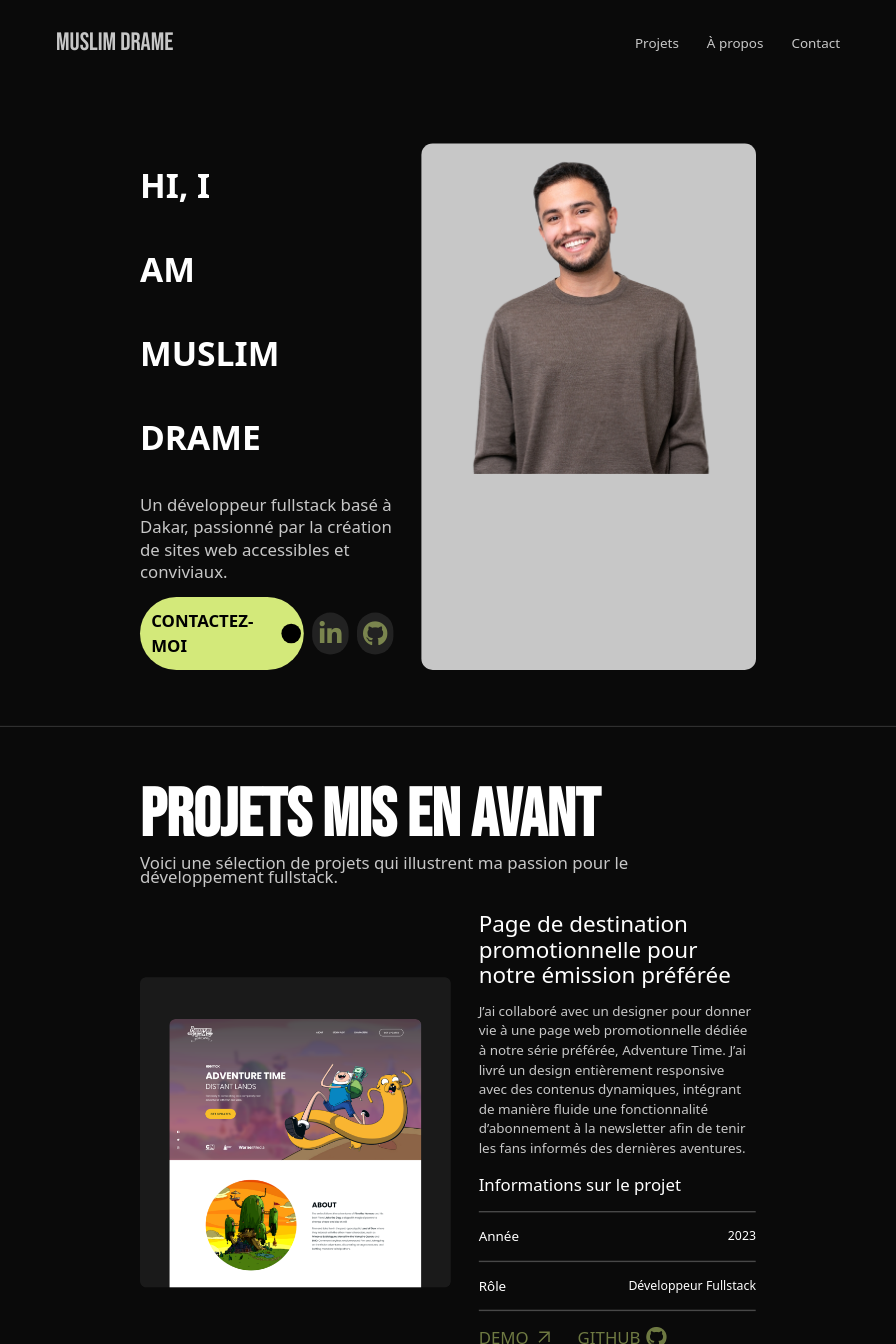
Repository: muslimdrame37-oss/Portfolio1
Page: src/index.html
The author's editor kept a copy of each file at every save. The page is drawn from the files as they stood at one save, then again after a run of saves.
The browser window is 1280 px wide. The pictures show the part of the page from y = 0 to 1920 px (the page is 4845 px tall), at 70% of full size.
Some web fonts or font styles are not loaded; a fallback is used. Some web libraries are served in a nearby version.

Above is the page before, as saved 2026-02-11 18:48:01.

### src/index.html
<!doctype html>
<html lang="fr">
<head>
    <meta charset="UTF-8">
    <meta name="viewport" content="width=device-width, initial-scale=1.0">
    <meta name="description" content="Portfolio de Muslim Drame - Développeur Fullstack basé à Dakar">
    <title>Muslim Drame - Développeur Fullstack</title>

    <!-- Fonts -->
    <link rel="stylesheet" href="https://fonts.googleapis.com/css2?family=Bebas+Neue&display=swap">
    <link rel="stylesheet" href="https://fonts.googleapis.com/css2?family=Material+Symbols+Outlined:opsz,wght,FILL,GRAD@20..48,100..700,0..1,-50..200&icon_names=arrow_outward">

    <!-- Styles -->
    <link href="./output.css" rel="stylesheet">

    <!-- Icons -->
    <script src="https://kit.fontawesome.com/31ee52f68e.js" crossorigin="anonymous"></script>
</head>

<body class="bg-[#0A0A0A]">
    <!-- ========== HEADER ========== -->
    <header class="flex items-center justify-between py-4 px-5 lg:px-20">
        <h1 class="text-[#C7C7C7] text-[2rem] lg:text-4xl font-bebas">MUSLIM DRAME</h1>

        <!-- Navigation Desktop -->
        <nav class="hidden lg:flex justify-between py-8 text-[#C7C7C7] text-[1.2rem]" aria-label="Navigation principale">
            <ul class="flex gap-10">
                <li><a href="index.html" class="hover:text-[#D3E97A] transition-colors">Projets</a></li>
                <li><a href="a_propos.html" class="hover:text-[#D3E97A] transition-colors">À propos</a></li>
                <li><a href="#contact" class="hover:text-[#D3E97A] transition-colors">Contact</a></li>
            </ul>
        </nav>

        <!-- Menu Mobile -->
        <button class="lg:hidden" aria-label="Menu mobile">
            <svg xmlns="http://www.w3.org/2000/svg" height="40px" viewBox="0 -960 960 960" width="40px" fill="#484848">
                <path d="M120-680v-80h720v80H120Zm0 480v-80h720v80H120Zm0-240v-80h720v80H120Z"/>
            </svg>
        </button>
    </header>

    <!-- ========== MAIN CONTENT ========== -->
    <main>

        <!-- ========== SECTION HERO ========== -->
        <section class="px-5 mt-20 flex flex-col justify-between gap-10 lg:flex-row lg:px-50" aria-label="Section d'accueil">
            <!-- Contenu texte -->
            <div class="flex flex-col gap-5 justify-center lg:w-1/2">
                <h2 class="text-white text-[3rem] lg:text-[5rem] lg:font-bold lg:leading-30 leading-15 lg:w-1/2">HI, I AM MUSLIM DRAME</h2>
                <p class="text-1xl text-[#C7C7C7] lg:text-2xl">
                    Un développeur fullstack basé à Dakar, passionné par la création de sites web accessibles et conviviaux.
                </p>

                <!-- Boutons d'action -->
                <div class="flex gap-3 items-center">
                    <!-- Bouton Contact -->
                    <a href="#contact" class="bg-[#D3E97A] flex justify-between items-center pl-2 text-black font-bold text-[1rem] rounded-[100px] gap-1 lg:gap-3 py-2 lg:py-4 lg:text-[1.5rem] lg:pl-4 hover:bg-[#c5db6f] transition-colors">
                        CONTACTEZ-MOI
                        <span class="w-11 h-10 flex items-center justify-center">
                            <span class="bg-black w-4 h-4 rounded-full lg:w-7 lg:h-7"></span>
                        </span>
                    </a>

                    <!-- Réseaux sociaux -->
                    <a href="#" class="w-10 h-10 rounded-full bg-[#222222] flex justify-center items-center lg:w-15 lg:h-15 hover:bg-[#333333] transition-colors" aria-label="LinkedIn">
                        <i class="fa-brands fa-linkedin-in text-[#D3E97A] text-2xl lg:text-4xl animate-pulse"></i>
                    </a>
                    <a href="#" class="w-10 h-10 rounded-full bg-[#222222] flex justify-center items-center lg:w-15 lg:h-15 hover:bg-[#333333] transition-colors" aria-label="GitHub">
                        <i class="fa-brands fa-github text-2xl lg:text-4xl text-[#D3E97A] animate-pulse"></i>
                    </a>
                </div>
            </div>

            <!-- Image hero -->
            <div class="bg-[#C7C7C7] rounded-2xl overflow-hidden">
                <img src="image/image1.png" alt="Portrait de Muslim Drame" width="880" class="w-full h-auto">
            </div>
        </section>

        <!-- Séparateur -->
        <hr class="border-[#484848] border-t mt-20">

        <!-- ========== SECTION PROJETS ========== -->

        <section class="flex flex-col px-8 mt-20 lg:px-50">
            <div class="flex flex-col gap-2">
                <h2 class="text-4xl text-white font-extrabold font-bebas lg:text-8xl">PROJETS MIS EN AVANT</h2>
                <p class="text-2xl text-[#C7C7C7] leading-5">Voici une sélection de projets qui illustrent ma passion pour le développement fullstack.</p>
            </div>
            <div class="flex flex-col lg:flex-row gap-10 mt-10 lg:w-[1,224px] justify-center items-center">
                <div>
                    <img src="image/image2.png" alt="" class="w-4xl">
                </div>
                <!-- INFORMATION -->
                <!-- TITRE ET DESCCRIPTION -->
                <div class=" lg:w-200 flex flex-col gap-5 ">
                    <div class="flex flex-col gap-5">
                        <h2 class="text-white text-[2rem] leading-9">Page de destination promotionnelle pour notre émission préférée</h2>
                        <p class="text-[#C7C7C7] leading-7 text-[1.2rem]">J’ai collaboré avec un designer pour donner vie à une page web promotionnelle dédiée à notre série préférée, Adventure Time. J’ai livré un design entièrement responsive avec des contenus dynamiques, intégrant de manière fluide une fonctionnalité d’abonnement à la newsletter afin de tenir les fans informés des dernières aventures.</p>
                    </div>
                    <!-- INFORMATION SUR LE PROJET -->
                    <div class=" flex flex-col gap-5">
                        <h3 class="text-white text-[1.5rem]">Informations sur le projet</h3>
                        <div class="flex flex-col gap-5">
                            <div class="w-full border-[#484848] border"></div>

                            <div class="flex justify-between">
                                <p class="text-white text-[1.2rem]">Année</p>
                                <p class="text-white text-[1.1rem]">2023</p>
                            </div>

                            <div class="w-full border-[#484848] border"></div>

                            <div class="flex justify-between">
                                <p class="text-white text-[1.2rem]">Rôle</p>
                                <p class="text-white text-[1.1rem]">Développeur Fullstack</p>
                            </div>

                            <div class="w-full border-[#484848] border"></div>

                        </div>
                    </div>

                    <!-- LIEN DEMO & GITHUB -->

                    <div class="flex gap-8">
                        <a href="#">
                            <div class="animate-pulse">
                            <div class="flex items-center gap-2 ">
                                <p class="text-[#D3E97A] text-[1.5rem]">DEMO</p>
                                <svg xmlns="http://www.w3.org/2000/svg" height="30px" viewBox="0 -960 960 960" width="30px" fill="#D3E97A"><path d="M246.67-244 200-290.67l402.67-402.66H236V-760h480v480h-66.67v-366.67L246.67-244Z"/></svg>
                            </div>
                            <div class="w-full border-[#D3E97A] border-2"></div>
                        </div>
                        </a>
                        <a href="#">
                            <div class="animate-pulse">
                            <div class="flex items-center gap-2">
                                <p class="text-[#D3E97A] text-[1.5rem]">GITHUB</p>
                                <i class="fa-brands fa-github text-3xl text-[#D3E97A]"></i>
                            </div>
                            <div class="w-full border-[#D3E97A] border-2"></div>
                        </div>
                        </a>

                    </div>
                </div>
            </div>
        </section>

        <!-- PROJET 2 -->

        <section class="flex flex-col px-8 mt-20 gap-8 lg:gap-10 lg:flex-row lg:px-50 items-center">
            <div>
                <img src="image/image3.png" alt="" class="w-4xl">
            </div>
            <div class="lg:w-200 flex flex-col gap-5">
                <div class="flex flex-col gap-5">
                    <h2 class="text-white text-[1.5rem]">Blog pour l’actualité mondiale</h2>
                    <p class="text-[#C7C7C7] text-[1.2rem] leading-7">J'ai maîtrisé les complexités de CSS Grid pour créer une page d'accueil innovante pour un site d'actualités, en prenant des décisions de design complexes afin d'assurer une expérience utilisateur fluide. Ce projet m'a permis de renforcer mes compétences en développement fullstack.</p>
                </div>
                <div class="flex flex-col gap-8">
                    <div class="text-[1.5rem] text-white ">Informations sur le projet</div>
                    <div class="flex flex-col gap-4">
                        <div class="w-full border-[#484848] border "></div>
                        <div class="flex justify-between">
                            <p class="text-white text-[1.2rem]">Client</p>
                            <p class="text-[#C7C7C7] text-[1.1rem]">World News</p>
                        </div>
                        <div class="w-full border-[#484848] border "></div>
                        <div class="flex justify-between">
                            <p class="text-white text-[1.2rem]">Année</p>
                            <p class="text-[#C7C7C7] text-[1.1rem]">2022</p>
                        </div>
                        <div class="w-full border-[#484848] border "></div>
                        <div class="flex justify-between">
                            <p class="text-white text-[1.5rem]">Rôle</p>
                            <p class="text-[#C7C7C7] text-[1.5rem]">Développeur Fullstack</p>
                        </div>
                        <div class="w-full border-[#484848] border "></div>
                    </div>
                </div>
                <a href="#">
                    <div class="flex flex-col animate-pulse">
                    <div class="flex items-center gap-2">
                        <p class="text-[#D3E97A] text-[1.5rem]">DEMO</p>
                        <svg xmlns="http://www.w3.org/2000/svg" height="30px" viewBox="0 -960 960 960" width="30px" fill="#D3E97A"><path d="M246.67-244 200-290.67l402.67-402.66H236V-760h480v480h-66.67v-366.67L246.67-244Z"/></svg>
                    </div>
                    <div class="w-25 border-[#D3E97A] border-2"></div>
                </div>
                </a>
            </div>
        </section>

        <!-- PROJET 3 -->

        <section class="mt-20 flex flex-col px-8 gap-8 lg:gap-10 lg:flex-row lg:px-50 items-center">
            <img src="image/image3.png" alt="" class="w-full lg:w-1/2">
            <div class="w-full lg:w-1/2 flex flex-col gap-5">
                <div class="flex flex-col gap-5">
                    <h2 class="text-white text-[2rem]">Page produit pour site e-commerce</h2>
                    <p class="text-[#C7C7C7] text-[1.2rem] leading-8 ">J’ai conçu avec succès une page produit attrayante, intégrant une galerie dynamique en lightbox et un panier fonctionnel fluide, démontrant ma maîtrise du développement en JavaScript.</p>
                </div>
                <div class="flex flex-col gap-5">
                    <div class="text-[1.5rem] text-white lg:mt-5 ">Informations sur le projet</div>
                    <div class="flex flex-col gap-5">
                        <div class="w-full border-[#484848] border "></div>
                        <div class="flex justify-between">
                            <p class="text-white text-[1.2rem]">Année</p>
                            <p class="text-[#C7C7C7] text-[1.1rem]">2022</p>
                        </div>
                        <div class="w-full border-[#484848] border "></div>
                        <div class="flex justify-between">
                            <p class="text-white text-[1.2rem]">Rôle</p>
                            <p class="text-[#C7C7C7] text-[1.1rem]">Développeur Fullstack</p>
                        </div>
                        <div class="w-full border-[#484848] border "></div>
                    </div>
                </div>
                <!-- LIEN DÉMO & GITHUB -->
                <div class="flex gap-8 items-center">
                    <a href="#">
                        <div class="animate-pulse">
                        <div class="flex items-center gap-2">
                            <p class="text-[#D3E97A] text-[1.5rem]">DEMO</p>
                            <svg xmlns="http://www.w3.org/2000/svg" height="30px" viewBox="0 -960 960 960" width="30px" fill="#D3E97A"><path d="M246.67-244 200-290.67l402.67-402.66H236V-760h480v480h-66.67v-366.67L246.67-244Z"/></svg>
                    </div>
                    <div class="w-full border-[#D3E97A] border-2"></div>
                    </div>
                    </a>
                    <a href="#">
                        <div class="animate-pulse">
                        <div class="flex items-center gap-2">
                            <p class="text-[#D3E97A] text-[1.5rem]">GITHUB</p>
                            <i class="fa-brands fa-github text-3xl text-[#D3E97A]"></i>
                        </div>
                        <div class="w-full border-[#D3E97A] border-2"></div>
                    </div>
                    </a>
                </div>
            </div>
        </section>

        <!-- À PROPOS DE MOI -->
        <div class="w-full border-[#484848] border my-10"></div>

        <section class=" flex flex-col px-8 gap-5 lg:flex-row lg:gap-10 lg:px-50 justify-between">
            <div class="text-6xl text-white  lg:w-200 lg:text-[140px] font-bebas">À PROPOS DE MOI</div>
            <div class="lg:w-200">
                <div class="flex flex-col gap-10 ">
                    <p class="text-white text-[1.5rem] ">Je suis développeur Fullstack passionné basé à DAKAR, avec une formation en génie Informatique.</p>
                    <div class="text-[#484848] text-[1.2rem]">Je suis développeur fullstack basé à Dakar, à la recherche d’opportunités stimulantes. Avec une formation en génie informatique, je mets un point d’honneur à privilégier l’accessibilité lors du développement. Passionné et curieux, j’aime résoudre des problèmes complexes.
                    Actuellement, j’explore React.js, Laravel et m’initie également au design. En dehors du codage, j’apprécie jouer au football, la photographie et jouer à la carte. Je continue d’apprendre pour améliorer constamment mes compétences.</div>
                    <a href="a_propos.html" class="text-[#D3E97A] text-[1.5rem] underline underline-offset-8 hover:text-[#c5db6f] transition-colors">EN SAVOIR PLUS SUR MOI</a>
                </div>
            </div>
        </section>

        <hr class="border-[#484848] border-t my-10">

        <!-- ========== SECTION CONTACT ========== -->

        <section id="contact" class="flex flex-col px-8 mb-10 lg:px-50 lg:gap-10 lg:flex-row" aria-label="Formulaire de contact">
            <!-- Informations de contact -->
            <div class="flex flex-col gap-10 lg:w-200">
                <h2 class="lg:text-[100px] text-white font-bold text-4xl font-bebas">ENTRONS EN CONTACT</h2>
                <div class="flex flex-col gap-2">
                    <p class="text-[#C7C7C7] text-[1rem]">
                        Dites moi hello <a href="mailto:muslimdrame37@gmail.com" class="text-white hover:text-[#D3E97A] transition-colors">muslimdrame37@gmail.com</a>
                    </p>
                    <p class="text-white text-[1rem]">Pour en savoir plus sur moi, jetez un coup d'œil à mon <a href="#" class="text-[#D3E97A] underline underline-offset-5 hover:text-[#c5db6f] transition-colors">CV</a></p>
                </div>
                <!-- Réseaux sociaux -->
                <nav class="flex gap-5" aria-label="Réseaux sociaux">
                    <a href="#" aria-label="LinkedIn" class="hover:scale-110 transition-transform">
                        <i class="fa-brands fa-linkedin-in text-[#D3E97A] text-4xl animate-pulse"></i>
                    </a>
                    <a href="#" aria-label="GitHub" class="hover:scale-110 transition-transform">
                        <i class="fa-brands fa-github text-[#D3E97A] text-4xl animate-pulse"></i>
                    </a>
                    <a href="#" aria-label="Twitter" class="hover:scale-110 transition-transform">
                        <i class="fa-brands fa-x-twitter text-[#D3E97A] text-4xl animate-pulse"></i>
                    </a>
                    <a href="#" aria-label="Instagram" class="hover:scale-110 transition-transform">
                        <i class="fa-brands fa-instagram text-[#D3E97A] text-4xl animate-pulse"></i>
                    </a>
                </nav>
            </div>


            <form action="" method="POST" class="flex flex-col gap-5 mt-10 lg:mt-0 w-full lg:w-200">
                <div class="flex flex-col gap-3">
                    <label for="name" class="text-[#C7C7C7] text-[1.5rem]">Nom complet</label>
                    <input class="text-[#C7C7C7] bg-[#1A1A1A] px-6 py-2 rounded-lg text-[1.5rem] focus:outline-none focus:ring-2 focus:ring-[#D3E97A] transition-all" type="text" name="name" placeholder="Muslim" id="name" required>
                </div>
                <div class="flex flex-col gap-3">
                    <label for="email" class="text-[#C7C7C7] text-[1.5rem]">Email</label>
                    <input class="text-[#C7C7C7] bg-[#1A1A1A] px-6 py-2 rounded-lg text-[1.5rem] focus:outline-none focus:ring-2 focus:ring-[#D3E97A] transition-all" type="email" name="email" placeholder="votre@email.com" id="email" required>
                </div>
                <div class="flex flex-col gap-3">
                    <label for="sujet" class="text-[#C7C7C7] text-[1.5rem]">Sujet</label>
                    <input class="text-[#C7C7C7] bg-[#1A1A1A] px-6 py-2 rounded-lg text-[1.5rem] focus:outline-none focus:ring-2 focus:ring-[#D3E97A] transition-all" type="text" name="sujet" placeholder="Sujet de votre message" id="sujet" required>
                </div>
                <div class="flex flex-col gap-3">
                    <label for="message" class="text-[#C7C7C7] text-[1.5rem]">Message</label>
                    <textarea name="message" id="message" rows="6" placeholder="Votre message..." class="text-[#C7C7C7] bg-[#1A1A1A] px-6 py-2 rounded-lg text-[1.5rem] resize-none focus:outline-none focus:ring-2 focus:ring-[#D3E97A] transition-all" required></textarea>
                </div>
                <button type="submit" class="text-black bg-[#D3E97A] py-2 lg:py-4 text-[1rem] font-bold rounded-[100px] w-35 hover:bg-[#c5db6f] transition-colors cursor-pointer">Envoyer</button>
            </form>
        </section>
    </main>

    <!-- ========== FOOTER ========== -->
    <footer class="w-full pb-6">
        <div class="mx-auto flex flex-col lg:flex-row gap-2 lg:gap-8 items-center justify-between border border-white/10 bg-[#1A1A1A] px-6 py-4 text-sm text-[#C7C7C7] backdrop-blur-md">
            <!-- Copyright -->
            <p>© 2026 Muslim Drame. Tous droits réservés.</p>

            <!-- Réseaux sociaux -->
            <nav class="flex items-center gap-2 text-2xl" aria-label="Réseaux sociaux footer">
                <a href="#" class="hover:text-white transition-colors" aria-label="Facebook">
                    <i class="fa-brands fa-facebook"></i>
                </a>
                <a href="#" class="hover:text-white transition-colors" aria-label="Instagram">
                    <i class="fa-brands fa-instagram"></i>
                </a>
                <a href="#" class="hover:text-white transition-colors" aria-label="Twitter">
                    <i class="fa-brands fa-x-twitter"></i>
                </a>
                <a href="#" class="hover:text-white transition-colors" aria-label="GitHub">
                    <i class="fa-brands fa-github"></i>
                </a>
                <a href="#" class="hover:text-white transition-colors" aria-label="YouTube">
                    <i class="fa-brands fa-youtube"></i>
                </a>
            </nav>
        </div>
    </footer>

</body>
</html>

Loaded but not shown: src/output.css (2245 lines, source omitted)

After the next 2 saves:
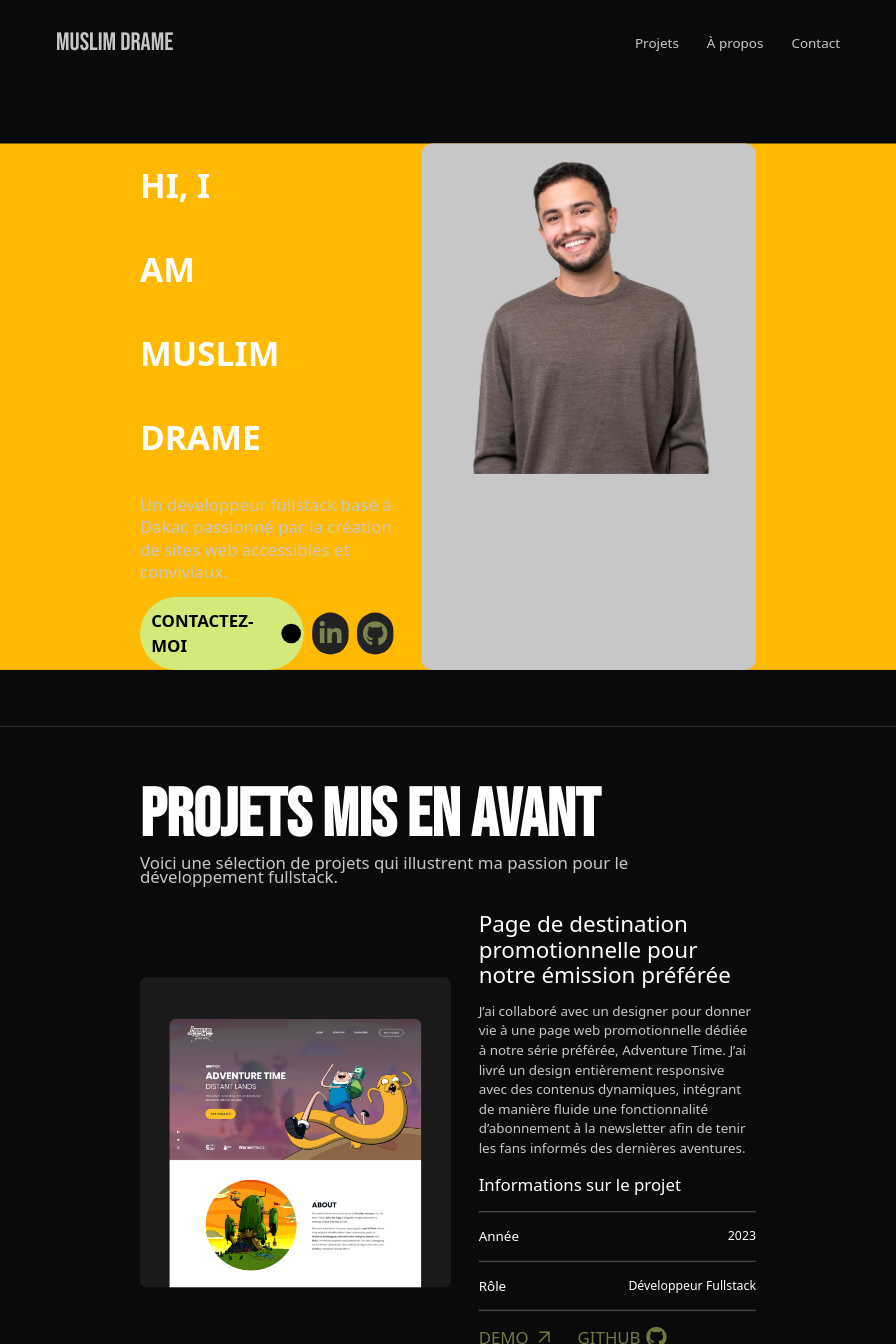
The 2 saves are shown as one change because they came seconds apart.
The last was saved 11 s later.
--- a/src/index.html
+++ b/src/index.html
@@ -43,7 +43,7 @@
     <main>
 
         <!-- ========== SECTION HERO ========== -->
-        <section class="px-5 mt-20 flex flex-col justify-between gap-10 lg:flex-row lg:px-50" aria-label="Section d'accueil">
+        <section class="px-5 mt-20 flex flex-col justify-between gap-10 lg:flex-row lg:px-50 bg-amber-400" aria-label="Section d'accueil">
             <!-- Contenu texte -->
             <div class="flex flex-col gap-5 justify-center lg:w-1/2">
                 <h2 class="text-white text-[3rem] lg:text-[5rem] lg:font-bold lg:leading-30 leading-15 lg:w-1/2">HI, I AM MUSLIM DRAME</h2>
